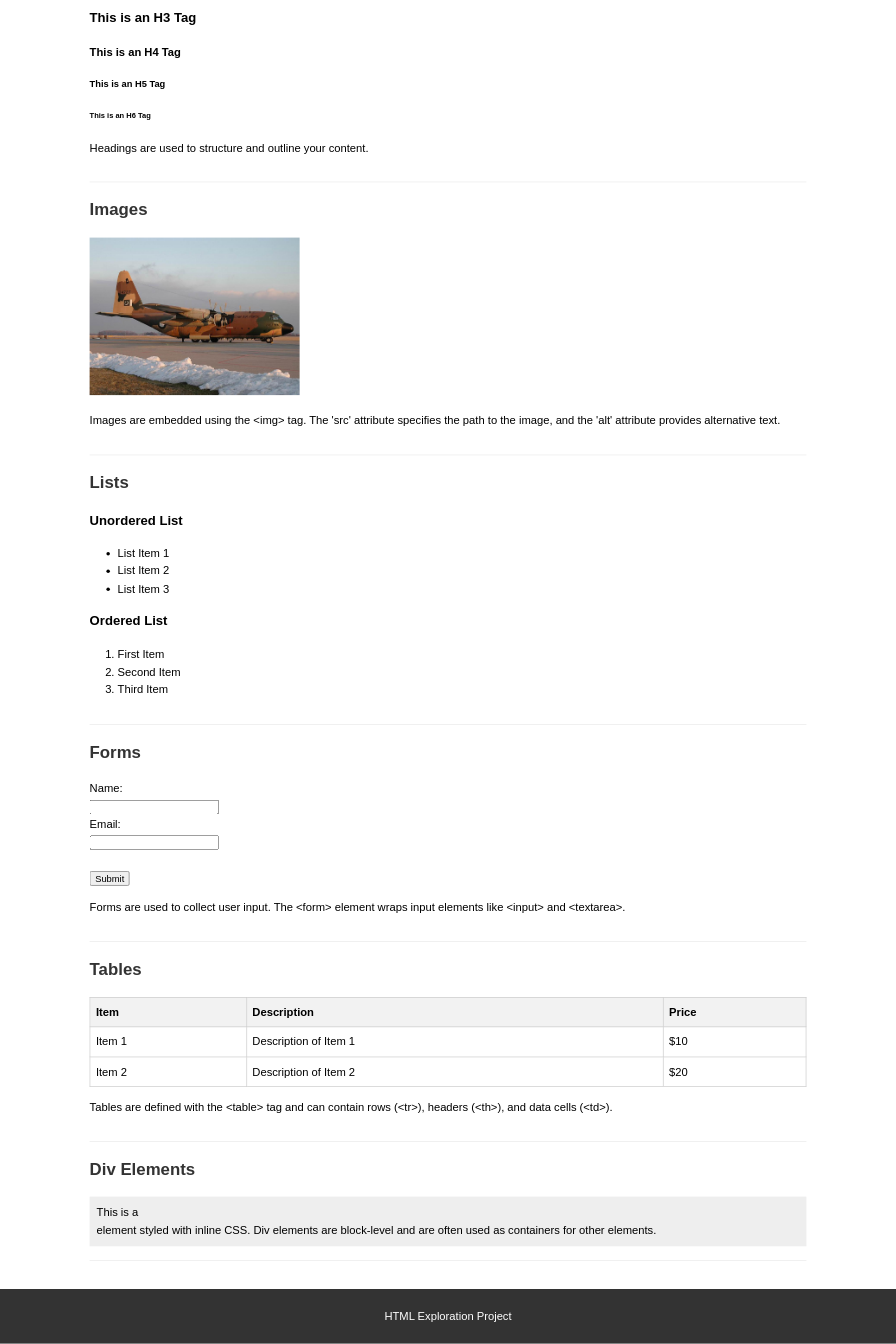
Repository: ArsalanKhan0608/Web-Development
Page: practice1.html
These files come from the project's save history. The page is drawn as it stood at one moment and after a run of saves; the edit follows.
The browser window is 1280 px wide. The pictures show the part of the page from y = 708 to 2628 px (the page is 2628 px tall before and 2602 px after), at 70% of full size.

Above is the page before, as saved 2024-02-02 22:18:29.

### practice1.html
<!DOCTYPE html>
<html lang="en">
<head>
    <meta charset="UTF-8">
    <meta name="viewport" content="width=device-width, initial-scale=1.0">
    <title>Explore HTML</title>
    <style>
        body {
            font-family: Arial, sans-serif;
            margin: 0;
            padding: 0;
            line-height: 1.6;
        }
        .container {
            width: 80%;
            margin: auto;
            overflow: hidden;
            padding: 20px;
        }
        header, footer {
            background: #333;
            color: #fff;
            text-align: center;
            padding: 10px 0;
        }
        nav ul {
            list-style-type: none;
            padding: 0;
        }
        nav ul li {
            display: inline;
            margin: 0 10px;
        }
        nav ul li a {
            color: #fff;
            text-decoration: none;
        }
        h1, h2 {
            color: #333;
        }
        .content {
            margin-bottom: 20px;
            padding-bottom: 20px;
            border-bottom: 1px solid #eaeaea;
        }
        table {
            width: 100%;
            border-collapse: collapse;
        }
        table, th, td {
            border: 1px solid #cccccc;
            padding: 8px;
            text-align: left;
        }
        th {
            background-color: #f2f2f2;
        }
    </style>
</head>
<body>

<header>
    <h1>Welcome to HTML Exploration</h1>
</header>

<nav>
    <ul>
        <li><a href="#introduction">Introduction</a></li>
        <li><a href="#paragraphs">Paragraphs</a></li>
        <li><a href="#headings">Headings</a></li>
        <li><a href="#images">Images</a></li>
        <li><a href="#lists">Lists</a></li>
        <li><a href="#forms">Forms</a></li>
        <li><a href="#tables">Tables</a></li>
        <li><a href="#divs">Div Elements</a></li>
    </ul>
</nav>

<div class="container">

    <section id="introduction" class="content">
        <h2>Introduction</h2>
        <p>HTML, or HyperText Markup Language, is the standard language used to create and design web pages. It provides the basic structure of sites, which is then enhanced and manipulated by other technologies like CSS and JavaScript.</p>
    </section>

    <section id="paragraphs" class="content">
        <h2>Paragraphs</h2>
        <p>This is an example of a paragraph in HTML. Paragraphs are defined with the &lt;p&gt; tag and can contain text and inline elements like &lt;a&gt;, &lt;span&gt;, and &lt;img&gt;.</p>
    </section>

    <section id="headings" class="content">
        <h2>Headings</h2>
        <h1>This is an H1 Tag</h1>
        <h2>This is an H2 Tag</h2>
        <h3>This is an H3 Tag</h3>
        <h4>This is an H4 Tag</h4>
        <h5>This is an H5 Tag</h5>
        <h6>This is an H6 Tag</h6>
        <p>Headings are used to structure and outline your content.</p>
    </section>

    <section id="images" class="content">
        <h2>Images</h2>
        <img src="c130.jpg" alt="C-130 Aircraft" style="width: 100%; max-width: 300px;">
        <p>Images are embedded using the &lt;img&gt; tag. The 'src' attribute specifies the path to the image, and the 'alt' attribute provides alternative text.</p>
    </section>

    <section id="lists" class="content">
        <h2>Lists</h2>
        <h3>Unordered List</h3>
        <ul>
            <li>List Item 1</li>
            <li>List Item 2</li>
            <li>List Item 3</li>
        </ul>
        <h3>Ordered List</h3>
        <ol>
            <li>First Item</li>
            <li>Second Item</li>
            <li>Third Item</li>
        </ol>
    </section>

    <section id="forms" class="content">
        <h2>Forms</h2>
        <form>
            <label for="name">Name:</label><br>
            <input type="text" id="name" name="name"><br>
            <label for="email">Email:</label><br>
            <input type="email" id="email" name="email"><br><br>
            <input type="submit" value="Submit">
        </form>
        <p>Forms are used to collect user input. The &lt;form&gt; element wraps input elements like &lt;input&gt; and &lt;textarea&gt;.</p>
    </section>

    <section id="tables" class="content">
        <h2>Tables</h2>
        <table>
            <tr>
                <th>Item</th>
                <th>Description</th>
                <th>Price</th>
            </tr>
            <tr>
                <td>Item 1</td>
                <td>Description of Item 1</td>
                <td>$10</td>
            </tr>
            <tr>
                <td>Item 2</td>
                <td>Description of Item 2</td>
                <td>$20</td>
            </tr>
        </table>
        <p>Tables are defined with the &lt;table&gt; tag and can contain rows (&lt;tr&gt;), headers (&lt;th&gt;), and data cells (&lt;td&gt;).</p>
    </section>

    <section id="divs" class="content">
        <h2>Div Elements</h2>
        <div style="background-color: #eee; padding: 10px;">
            This is a <div> element styled with inline CSS. Div elements are block-level and are often used as containers for other elements.
        </div>
    </section>

</div>

<footer>
    <p>HTML Exploration Project</p>
</footer>

</body>
</html>

After the next 2 saves:
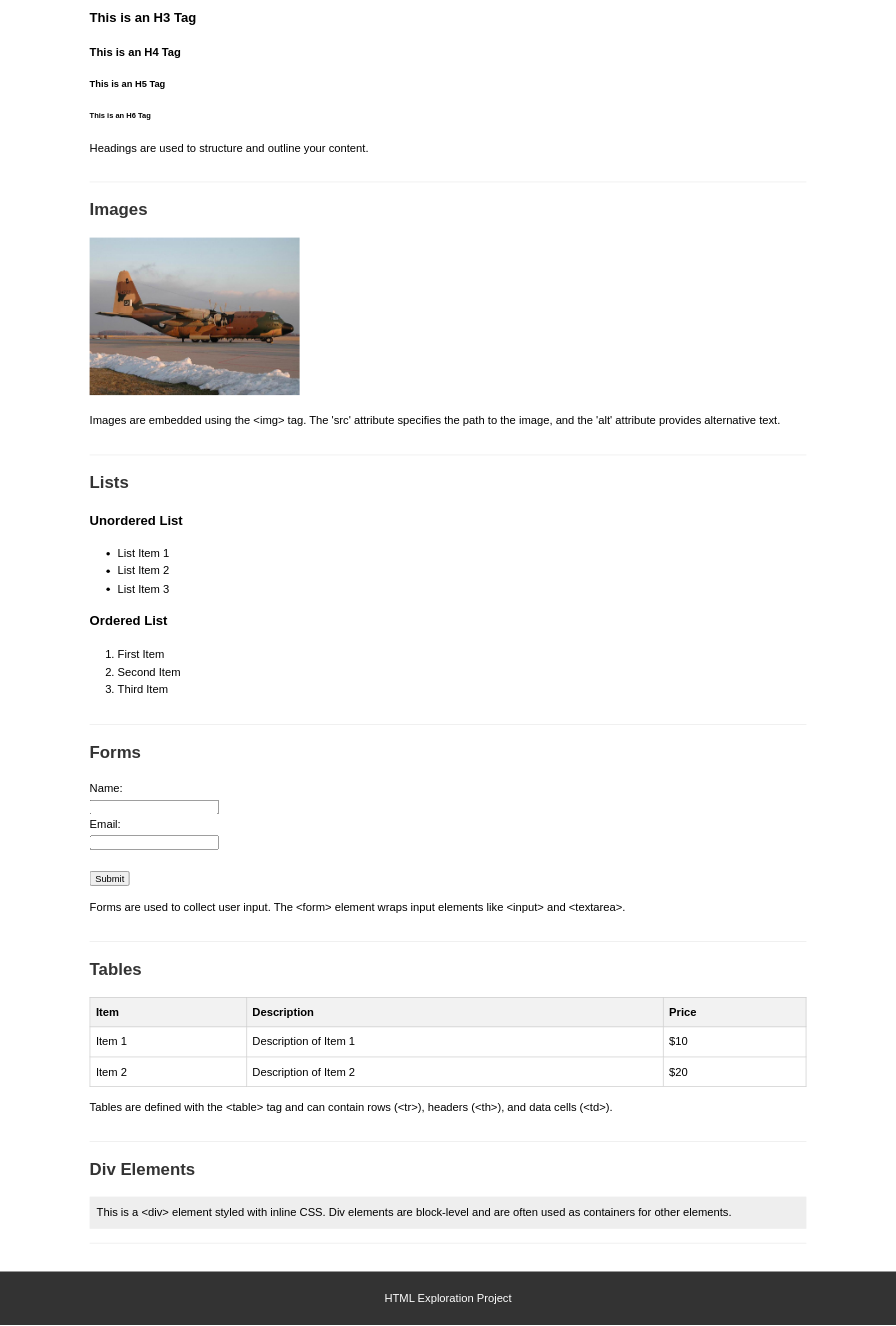
The 2 saves are shown as one change because they came seconds apart.
The last was saved 13 s later.
--- a/practice1.html
+++ b/practice1.html
@@ -158,7 +158,7 @@
     <section id="divs" class="content">
         <h2>Div Elements</h2>
         <div style="background-color: #eee; padding: 10px;">
-            This is a <div> element styled with inline CSS. Div elements are block-level and are often used as containers for other elements.
+            This is a &lt;div&gt; element styled with inline CSS. Div elements are block-level and are often used as containers for other elements.
         </div>
     </section>
 
